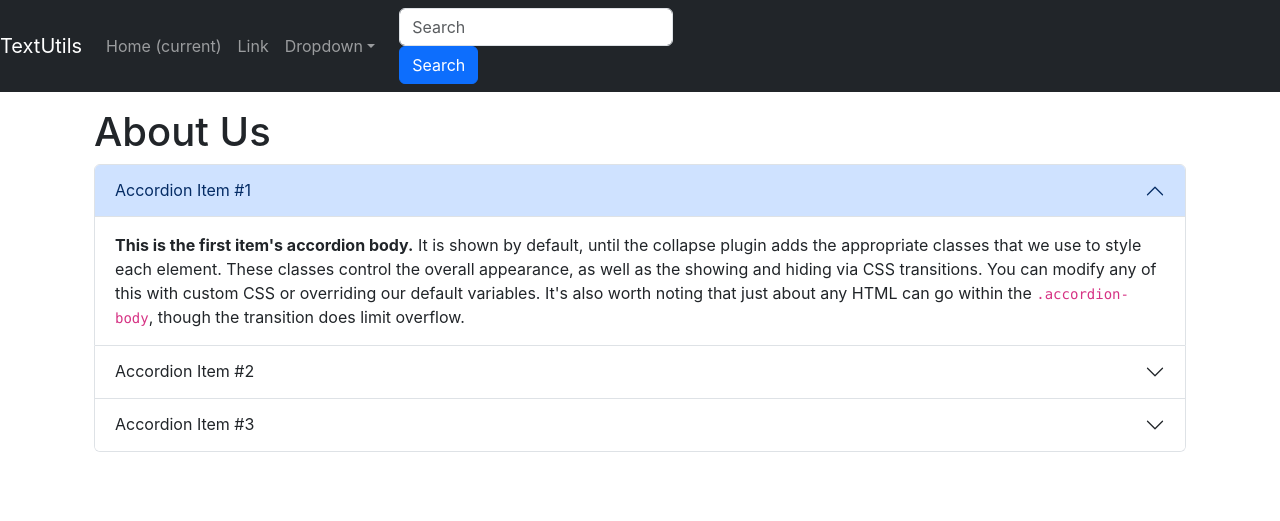
Repository: Aastha1035/React.navbar
Page: /
These files come from the project's save history. The page is drawn as it stood at one moment and after the next save; the edit follows.
The browser window is 1280 px wide. The pictures show the whole page.
The project was rebuilt for these pictures with package versions that can differ from the ones it lists, and the page was loaded fresh each time. Also part of the build but not shown: src/App.css.

Above is the page before, as saved 2024-07-17 16:54:56.

After the next save:
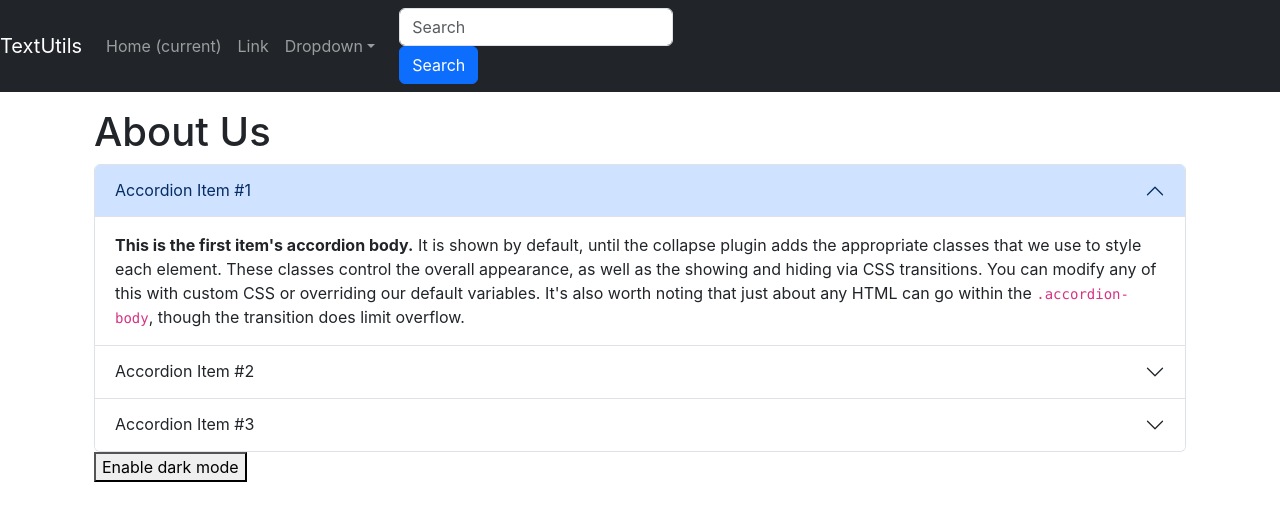
Saved 2 min 17 s later.
--- a/src/components/About.js
+++ b/src/components/About.js
@@ -42,6 +42,7 @@ export default function About() {
         </div>
     </div>
 </div>
+    <button>Enable dark mode</button>
     </div>
   )
 }
